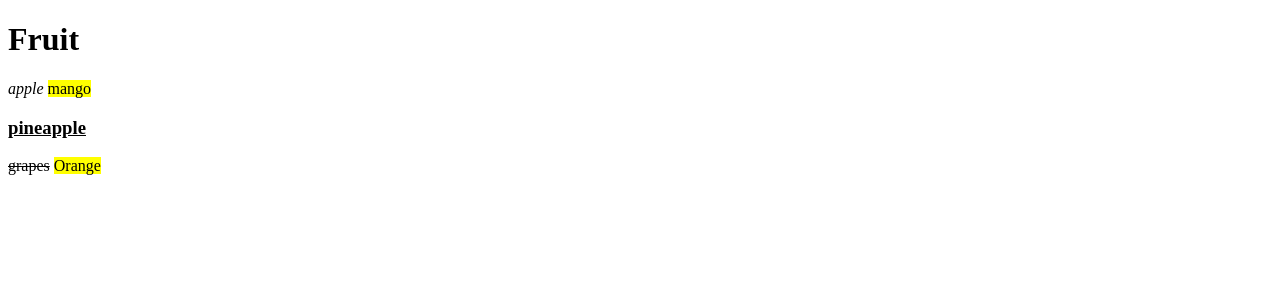
Repository: UshaWorks/WebTech
Page: HTML/index.html
The author's editor kept a copy of each file at every save. The page is drawn from the files as they stood at one save, then again after the next save.
The browser window is 1280 px wide. The pictures show the whole page.

Above is the page before, as saved 2026-10-12 18:02:17.

After the next save:
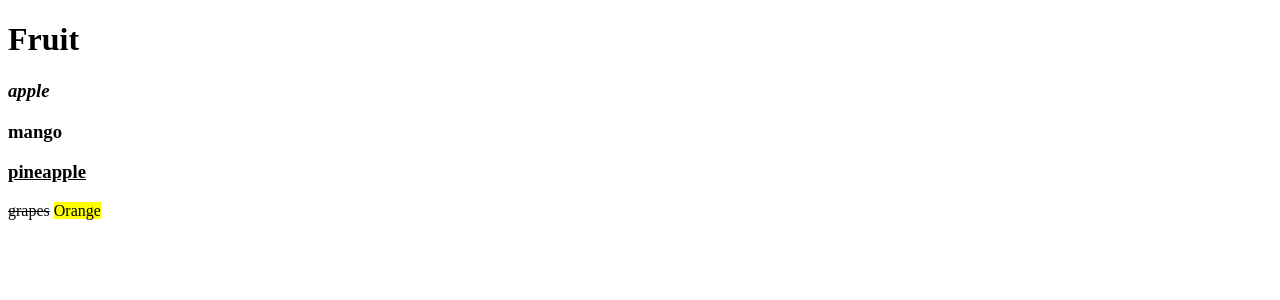
Saved 75 s later.
--- a/HTML/index.html
+++ b/HTML/index.html
@@ -8,8 +8,9 @@
 <body>
     <h1>Fruit</h1>
 
-    <i>apple</i>
-    <mark>mango</mark>
+    <i><h3>apple</h3></i>
+
+    <mark><h3>mango</h3></mark>
     <u><h3>pineapple</h3></u>
     <strike>grapes</strike>
     <mark><underline>Orange</underline></mark>
